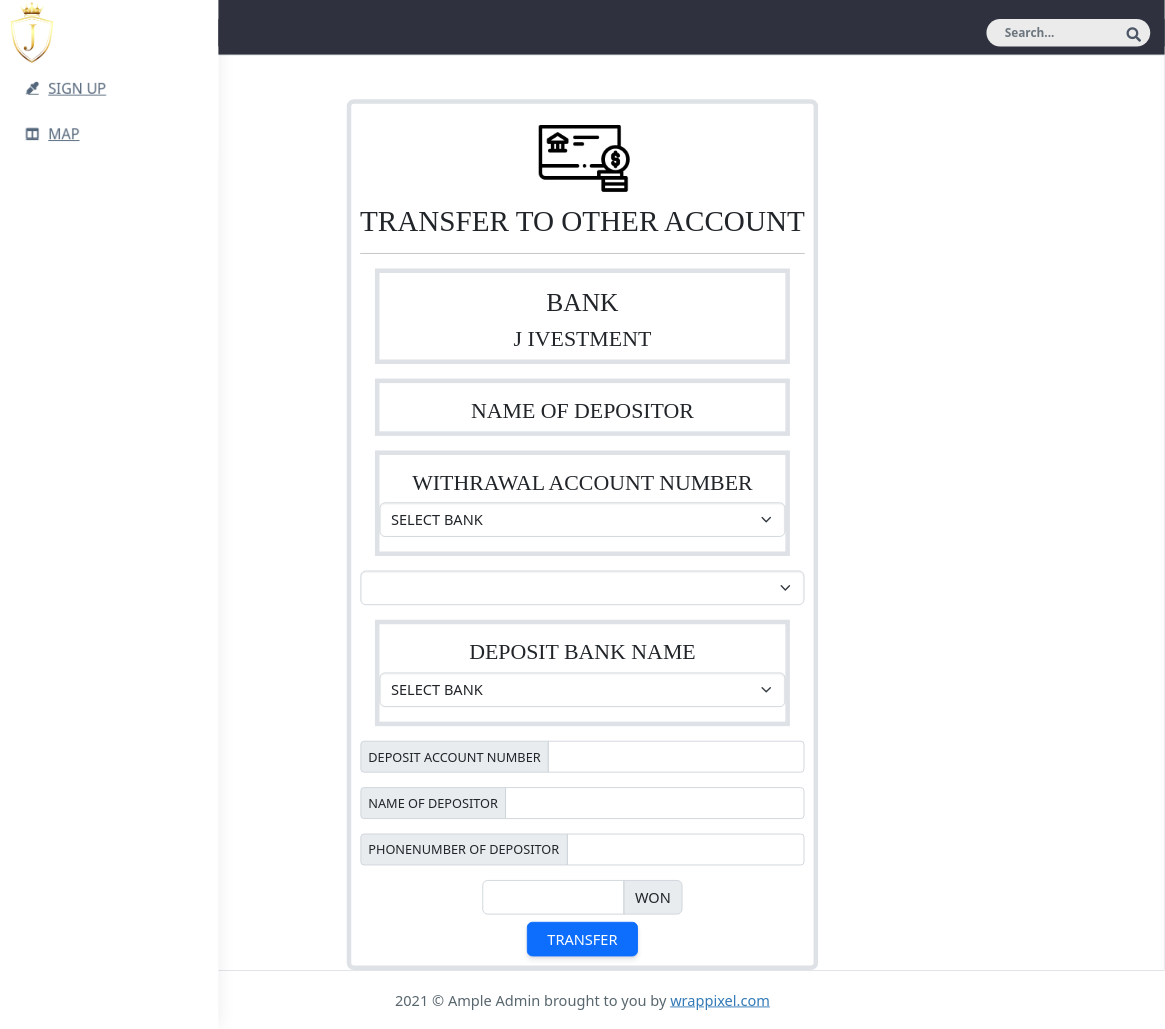
Repository: chopilyeon/HanaOpenBanking
Page: http://localhost/OpenBanking/jsp/bank/transferToOtherAccount.jsp
The author's editor kept a copy of each file at every save. The page is drawn from the files as they stood at one save, then again after the next save.
The browser window is 1280 px wide. The pictures show the whole page, at 91% of full size.
Some web fonts or font styles are not loaded; a fallback is used. The page is served by Tomcat 9.

Above is the page before, as saved 2022-07-31 11:46:51.
Console error: SyntaxError: Unexpected token ')'

After the next save:
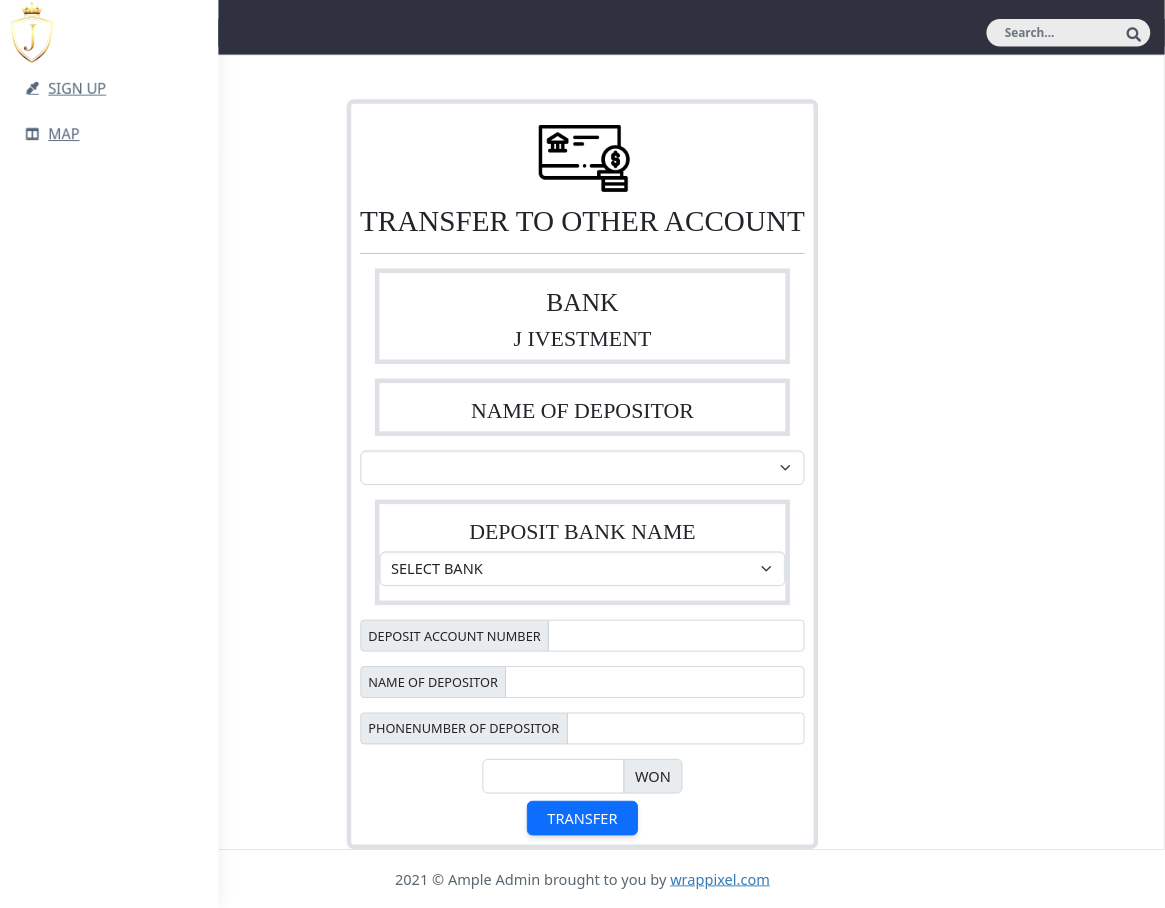
Saved 4 min 47 s later.
--- a/OpenBanking/src/main/webapp/jsp/bank/transferToOtherAccount.jsp
+++ b/OpenBanking/src/main/webapp/jsp/bank/transferToOtherAccount.jsp
@@ -130,7 +130,7 @@
 							</select>
 						</div>
 					</c:if>
-					<c:if test="${ userVO.openBanking ne 'Y'}">
+				<%-- 	<c:if test="${ userVO.openBanking ne 'Y'}">
 						<div class="box-text m-3 border">
 							<h4 class="mt-3">WITHRAWAL ACCOUNT NUMBER</h4>
 							<select class="mb-3 form-select" name="withrawalBankName" id="withdrawalAccountBank" onchange="selectBoxChange(this.value);">
@@ -140,7 +140,7 @@
 						</div>
 
 
-					</c:if>
+					</c:if>		 --%>
 						<div id="withrawalAccountNumberList">
 							<select class="mb-3 form-select" name="withrawalAccountNumber">
 

After the 2 saves that followed:
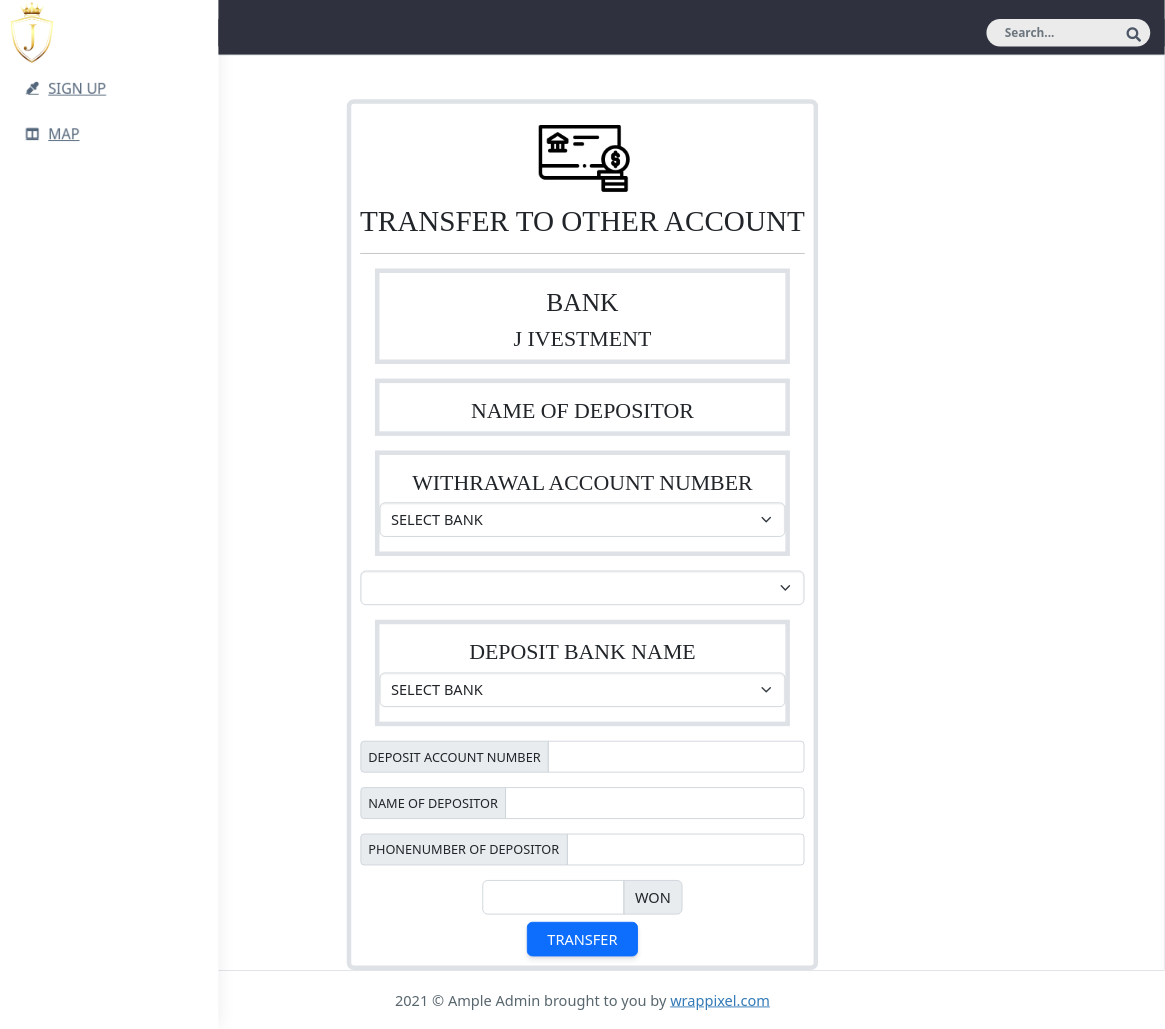
The 2 saves are shown as one change because 1 did not build or start.
The last was saved 14 s later.
--- a/OpenBanking/src/main/webapp/jsp/bank/transferToOtherAccount.jsp
+++ b/OpenBanking/src/main/webapp/jsp/bank/transferToOtherAccount.jsp
@@ -118,8 +118,8 @@
 						<h4 class="mt-3">NAME OF DEPOSITOR </h4>
 							<h4>${userVO.name}</h4>
 						</div>
-					<c:if test="${ userVO.openBanking eq 'Y'}">
-						<div class="box-text m-3 border">
+					<%-- <c:if test="${ userVO.openBanking eq 'Y'}">
+					 --%>	<div class="box-text m-3 border">
 							<h4 class="mt-3">WITHRAWAL ACCOUNT NUMBER</h4>
 							<select class="mb-3 form-select" name="withrawalBankName" id="withdrawalAccountBank" onchange="selectBoxChange(this.value);">
 								<option value="none">SELECT BANK</option>
@@ -129,8 +129,8 @@
 								<option value="JH_BANK">JH_BANK</option>
 							</select>
 						</div>
-					</c:if>
-				<%-- 	<c:if test="${ userVO.openBanking ne 'Y'}">
+					<%-- </c:if>
+ --%>				<%-- 	<c:if test="${ userVO.openBanking ne 'Y'}">
 						<div class="box-text m-3 border">
 							<h4 class="mt-3">WITHRAWAL ACCOUNT NUMBER</h4>
 							<select class="mb-3 form-select" name="withrawalBankName" id="withdrawalAccountBank" onchange="selectBoxChange(this.value);">
